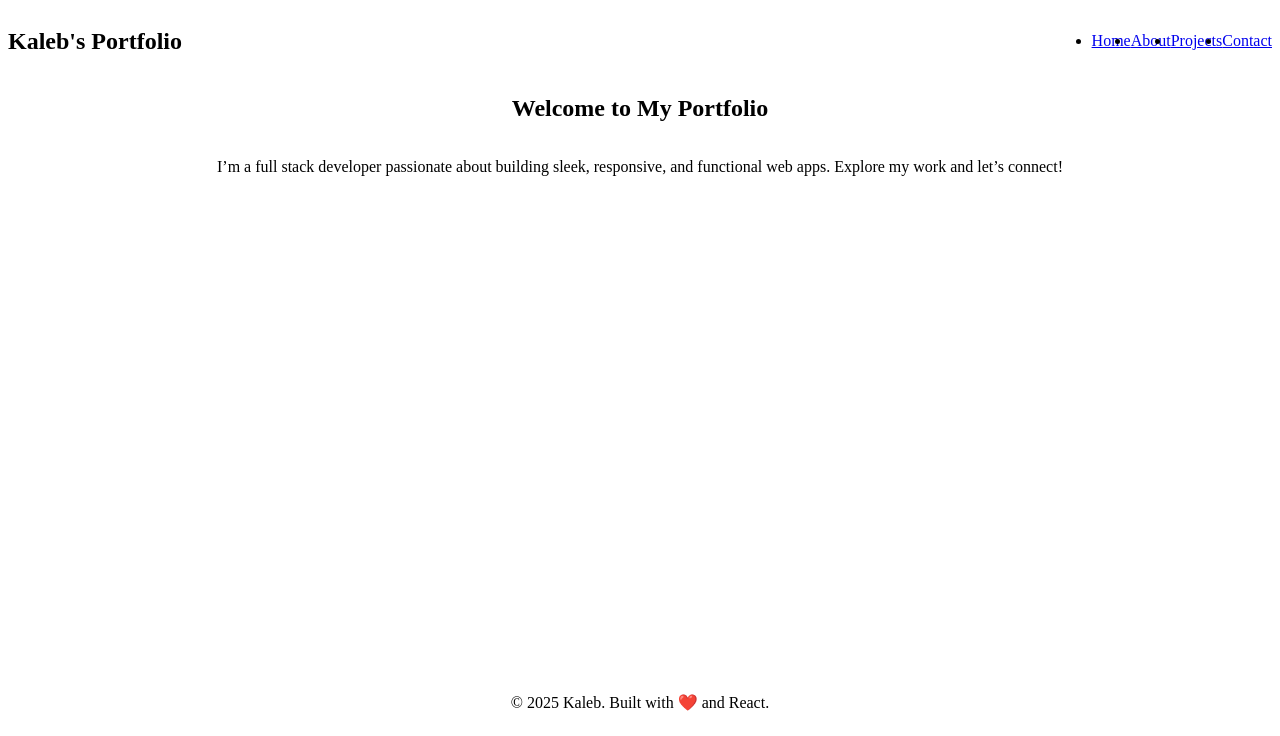
Repository: KalebMalone/portfolio-site
Page: /
These files come from the project's save history. The page is drawn as it stood at one moment and after a run of saves; the edit follows.
The browser window is 1280 px wide. The pictures show the whole page.
The project was rebuilt for these pictures with package versions that can differ from the ones it lists, and the page was loaded fresh each time. Also part of the build but not shown: vite.config.js, src/pages/About.jsx, src/pages/Projects.jsx, src/pages/Contact.jsx.

Above is the page before, as saved 2025-04-23 16:50:58.

After the next 3 saves:
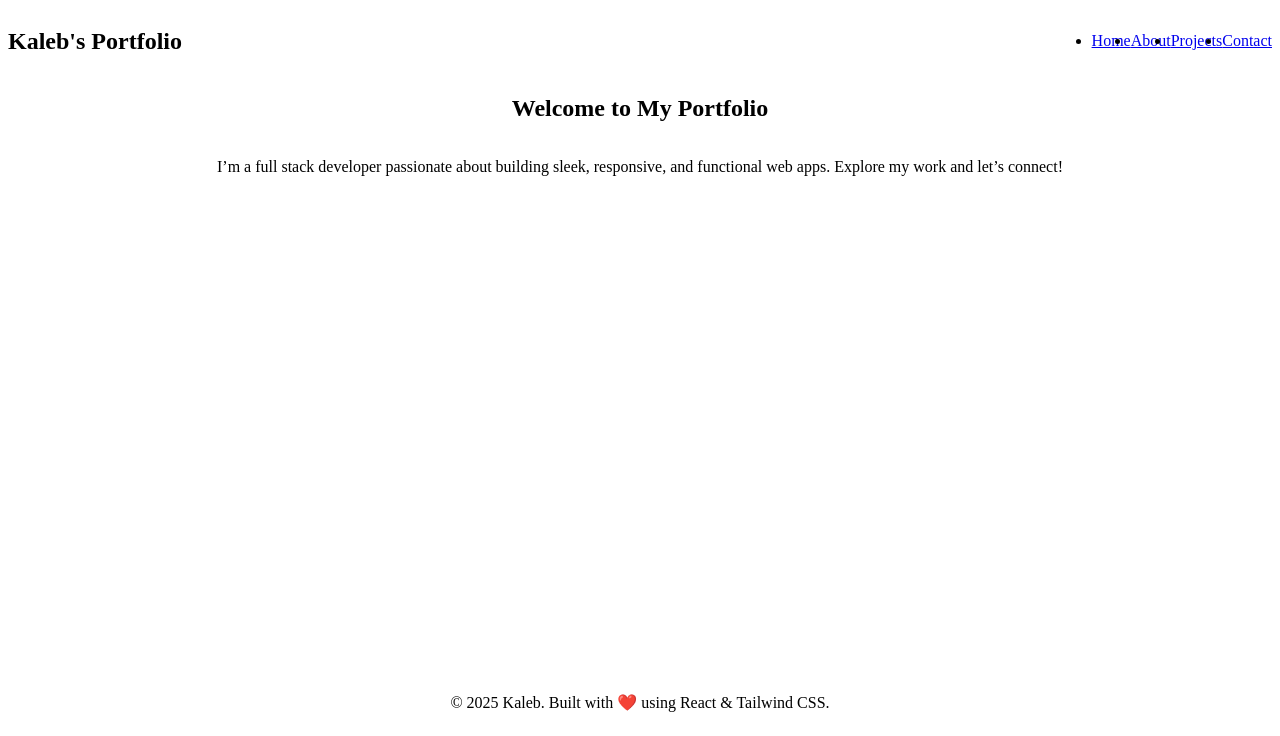
The 3 saves are shown as one change because they came seconds apart.
The last was saved 20 s later.
--- a/src/components/Footer.jsx
+++ b/src/components/Footer.jsx
@@ -1,9 +1,9 @@
 const Footer = () => {
     return (
-        <footer className="bg-gray-800 text-white text-center py-4 mt-10">
-            <p>© {new Date().getFullYear()} Kaleb. Built with ❤️ and React.</p>
-        </footer>
+      <footer className="bg-gray-800 text-white text-center py-6 mt-10">
+        <p className="text-sm">© {new Date().getFullYear()} Kaleb. Built with ❤️ using React & Tailwind CSS.</p>
+      </footer>
     );
-};
+  };
 
-export default Footer;
+  export default Footer;
